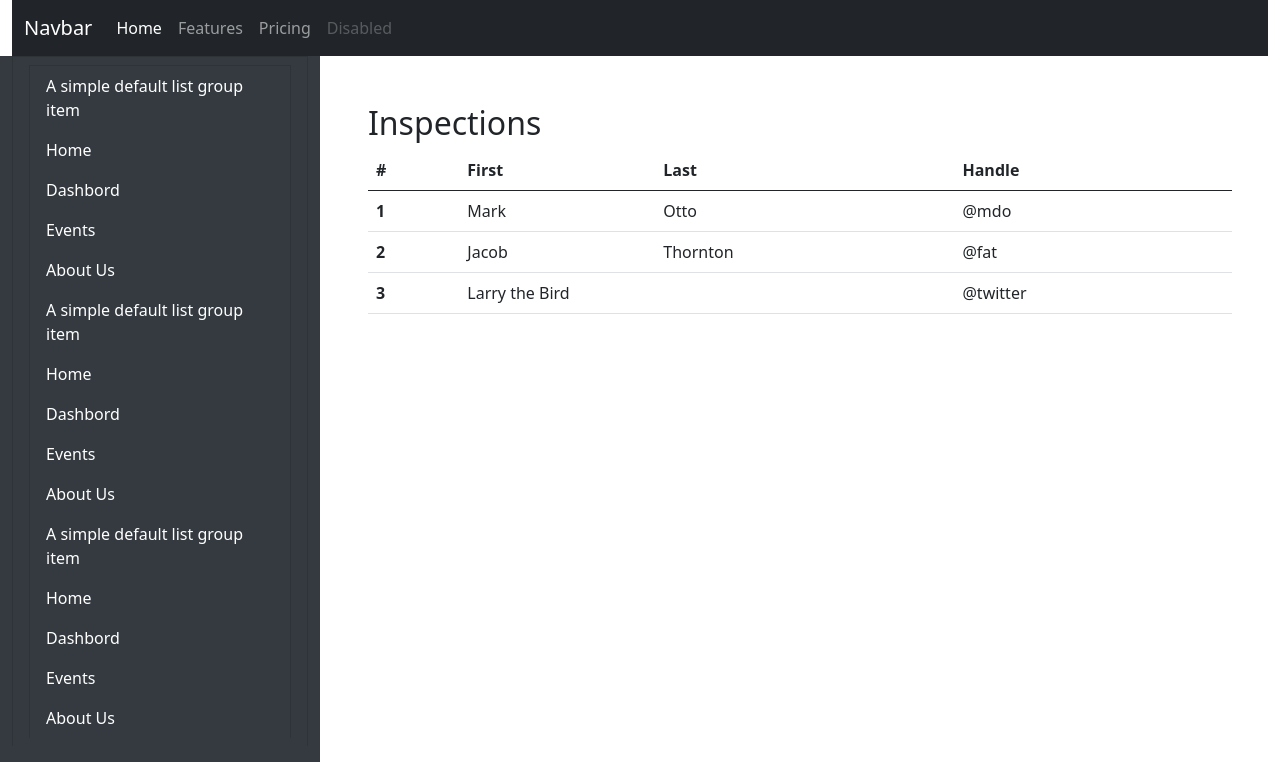
Repository: Dayvid0/BOOTSTRAP-TUTORIALS
Page: BOOTSTRAP-GRID-LAYOUTS/ibmexample.html
The author's editor kept a copy of each file at every save. The page is drawn from the files as they stood at one save, then again after the next save.
The browser window is 1280 px wide. The pictures show the whole page.

Above is the page before, as saved 2025-01-25 10:08:45.

After the next save:
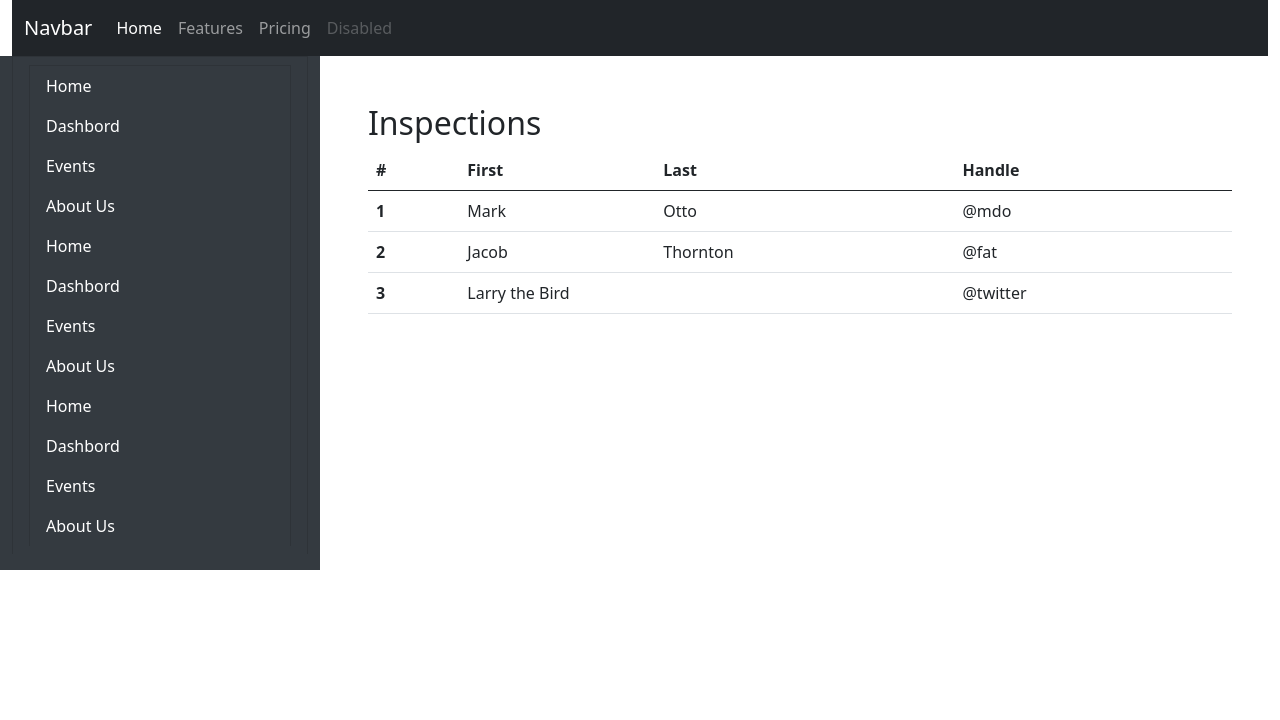
Saved 24 s later.
--- a/BOOTSTRAP-GRID-LAYOUTS/ibmexample.html
+++ b/BOOTSTRAP-GRID-LAYOUTS/ibmexample.html
@@ -40,17 +40,14 @@
       <div class="row"> <!-- ./row-->
         <div class="col-3 sidebar">
           <ul class="list-group-item">
-            <li class="list-group-item">A simple default list group item</li>
             <li class="list-group-item list-group-item-dark">Home</li>
             <li class="list-group-item list-group-item-dark">Dashbord</li>
             <li class="list-group-item list-group-item-dark">Events</li>
             <li class="list-group-item list-group-item-dark">About Us</li>
-            <li class="list-group-item">A simple default list group item</li>
             <li class="list-group-item list-group-item-dark">Home</li>
             <li class="list-group-item list-group-item-dark">Dashbord</li>
             <li class="list-group-item list-group-item-dark">Events</li>
             <li class="list-group-item list-group-item-dark">About Us</li>
-            <li class="list-group-item">A simple default list group item</li>
             <li class="list-group-item list-group-item-dark">Home</li>
             <li class="list-group-item list-group-item-dark">Dashbord</li>
             <li class="list-group-item list-group-item-dark">Events</li>
